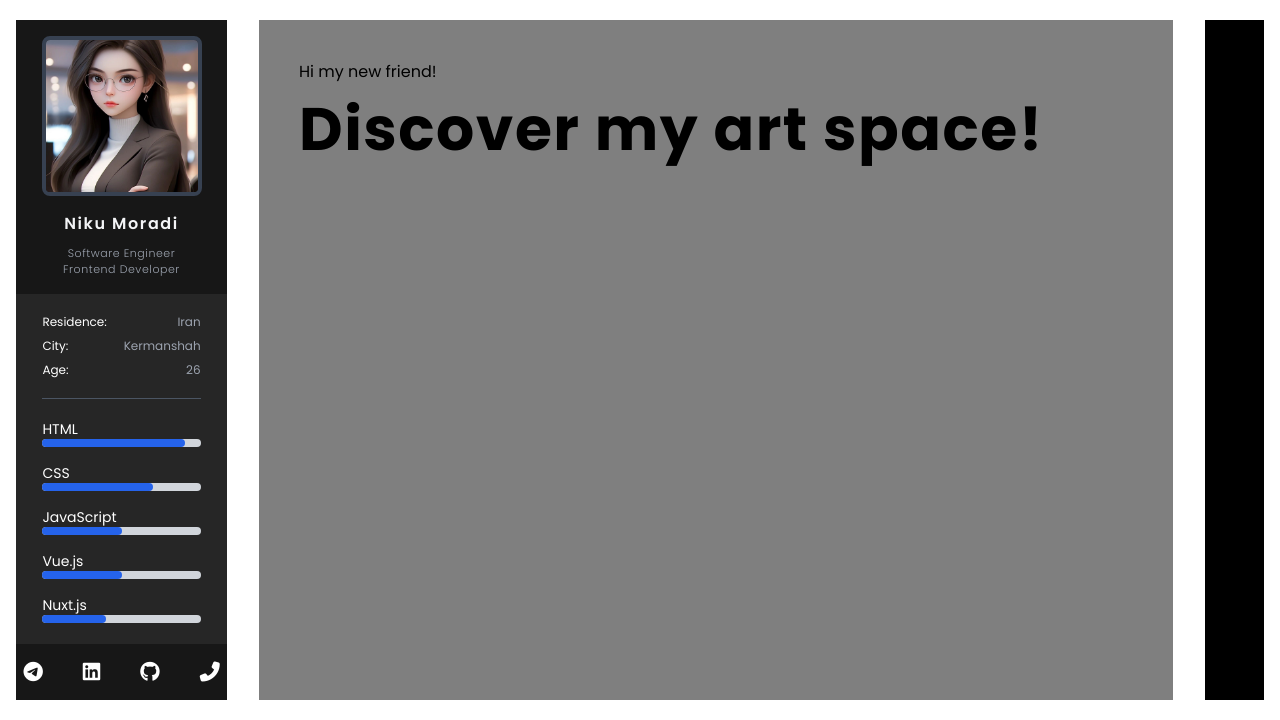
Repository: NikuMoradi/niku-moradi
Page: /
These files come from the project's save history. The page is drawn as it stood at one moment and after the next save; the edit follows.
The browser window is 1280 px wide. The pictures show the whole page.
The project was rebuilt for these pictures with package versions that can differ from the ones it lists, and the page was loaded fresh each time. The framework's server and built-in components were replaced by stand-ins that run in the browser. Also part of the build but not shown: nuxt.config.ts, components/Blog Posts/Component-Design.vue, components/Blog.vue, components/Contact.vue, components/Education.vue, components/Experience.vue, components/Hero.vue, components/Menu.vue and 3 more.

Above is the page before, as saved 2024-11-29 15:44:56.

After the next save:
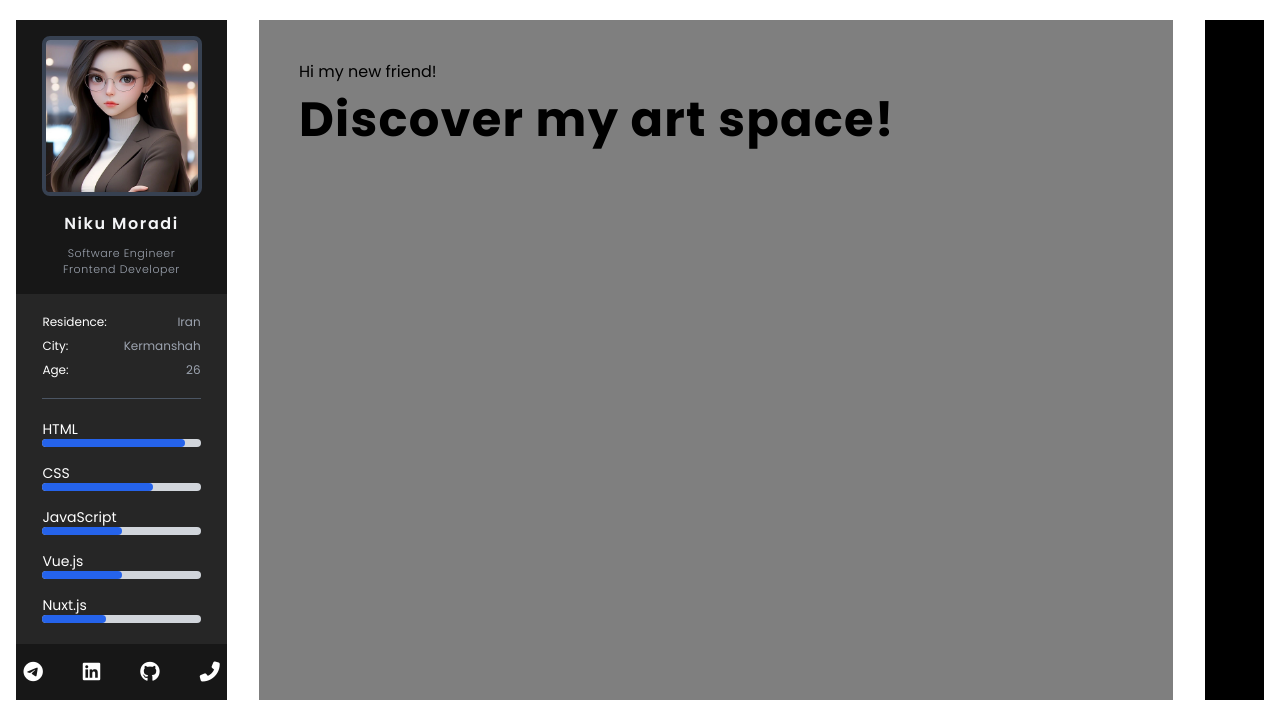
Saved 47 s later.
--- a/pages/index.vue
+++ b/pages/index.vue
@@ -1,7 +1,7 @@
 <template>
   <div class="w-full h-[50vh] flex flex-col justify-left p-10">
     <p>Hi my new friend!</p>
-    <h1 class="text-6xl font-bold tracking-wide leading-normal">
+    <h1 class="text-5xl font-bold tracking-wide leading-normal">
       Discover my art space!
     </h1>
   </div>
